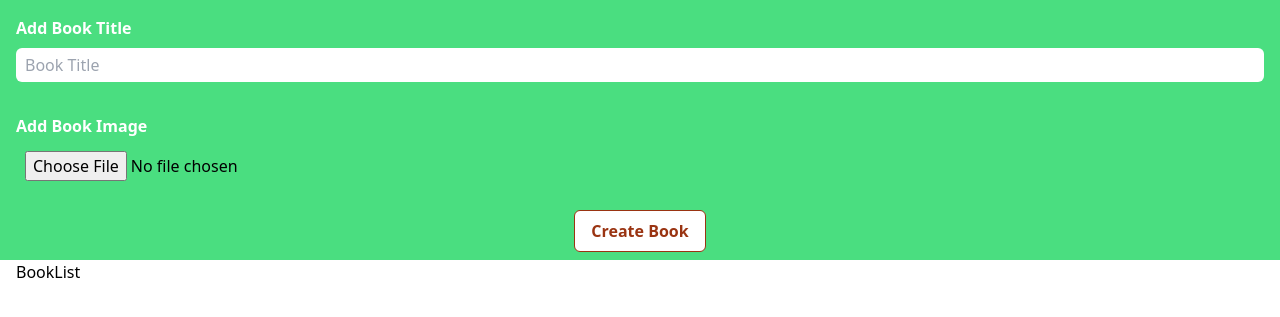
Repository: Marhamat92/booksappwithcontext
Page: /
The author's editor kept a copy of each file at every save. The page is drawn from the files as they stood at one save, then again after the next save.
The browser window is 1280 px wide. The pictures show the whole page.
The project was rebuilt for these pictures with package versions that can differ from the ones it lists, and the page was loaded fresh each time. Also part of the build but not shown: src/App.css.

Above is the page before, as saved 2022-12-07 20:20:45.

### src/App.tsx
import { useState } from "react";
import "./App.css";
import BookList from "./components/Books/BookList";
import MainButton from "./components/Buttons/MainButton";
import ImageInput from "./components/Inputs/ImageInput";
import TextInput from "./components/Inputs/TextInput";

function App() {
  const [title, setTitle] = useState<string>("");
  const [image, setImage] = useState<string>("");
  const [books, setBooks] = useState<any>([]);

  const handleTitleChange = (e: React.ChangeEvent<HTMLInputElement>) => {
    setTitle(e.target.value);
  };

  const handleImageChange = (e: React.ChangeEvent<HTMLInputElement>) => {
    setImage(e.target.value);
  };

  const handleSubmit = (e: React.FormEvent<HTMLFormElement>) => {
    e.preventDefault();
    console.log(title);
    setTitle("");
    console.log(image);
    setImage("");
  };

  const handleCreateBook = () => {
    const newBook = [
      ...books,
      {
        id: Math.round(Math.random() * 9999),
        title,
        image,
      },
    ];
    setBooks(newBook);
    console.log(books);
  };

  return (
    <div>
      <div className='bg-green-400'>
        <form onSubmit={handleSubmit}>
          <TextInput
            label='Add Book Title'
            placeholder='Book Title'
            value={title}
            onChange={handleTitleChange}
          />
          <ImageInput
            onChange={handleImageChange}
            value={image}
            label='Add Book Image'
          />
          <div className='flex justify-center'>
            <MainButton
              onClick={handleCreateBook}
              type='submit'
              buttonText='Create Book'
            />
          </div>
        </form>
      </div>
      <div className='px-4'>
        <BookList books={books} />
      </div>
    </div>
  );
}

export default App;

### src/components/Books/BookList.tsx
import React from "react";

type Props = {
  books: Array<any>;
};

function BookList({ books }: Props) {
  const renderedBooks = books.map((book) => {
    return (
      <div key={book.id}>
        <h1>{book.title}</h1>
        <img src={book.image} alt={book.title} />
      </div>
    );
  });

  return <div>BookList</div>;
}

export default BookList;

### src/components/Buttons/MainButton.tsx
import React from "react";

type Props = {
  buttonText: string;
  type: "submit" | "reset" | "button";
  onClick: (e: React.MouseEvent<HTMLButtonElement>) => void;
};

function MainButton({ buttonText, type, onClick }: Props) {
  return (
    <div>
      <button
        type={type}
        className='bg-white text-orange-800 font-bold py-2 px-4 rounded-md border border-orange-800 my-2'
        onClick={onClick}
      >
        {buttonText}
      </button>
    </div>
  );
}

export default MainButton;

### src/components/Inputs/ImageInput.tsx
import React from "react";

type Props = {
  label: string;
  value: string;
  onChange: (e: React.ChangeEvent<HTMLInputElement>) => void;
};

function ImageInput({ label, value, onChange }: Props) {
  return (
    <div className='flex flex-col px-4 py-4'>
      <label className='text-white font-bold mb-2' htmlFor='image'>
        {label}
      </label>
      <input
        className='pl-2 py-1 border border-transparent rounded-md focus-within:ring-2 focus-within:ring-green-400 focus-within:border-transparent focus:outline-none'
        type='file'
        name='image'
        id='image'
        value={value}
        onChange={onChange}
      />
    </div>
  );
}

export default ImageInput;

### src/components/Inputs/TextInput.tsx
import React from "react";

type Props = {
  label: string;
  placeholder: string;
  value: string;
  onChange: (e: React.ChangeEvent<HTMLInputElement>) => void;
};

function TextInput({ label, placeholder, value, onChange }: Props) {
  return (
    <div className='flex flex-col px-4 py-4'>
      <label className='text-white font-bold mb-2' htmlFor='text'>
        {label}
      </label>
      <input
        className='pl-2 py-1 border border-transparent rounded-md focus-within:ring-2 focus-within:ring-green-400 focus-within:border-transparent focus:outline-none'
        type='text'
        placeholder={placeholder}
        value={value}
        onChange={onChange}
      />
    </div>
  );
}

export default TextInput;

Loaded but not shown: public/index.html (common file); src/index.tsx (common file); src/index.css (common file); tailwind.config.js (common file)

After the next save:
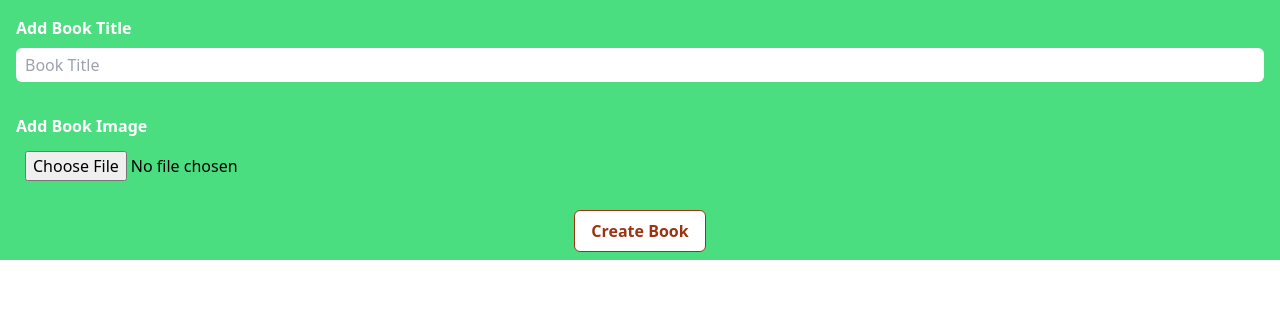
Saved 28 s later.
--- a/src/components/Books/BookList.tsx
+++ b/src/components/Books/BookList.tsx
@@ -14,7 +14,7 @@ function BookList({ books }: Props) {
     );
   });
 
-  return <div>BookList</div>;
+  return <div>{renderedBooks}</div>;
 }
 
 export default BookList;
